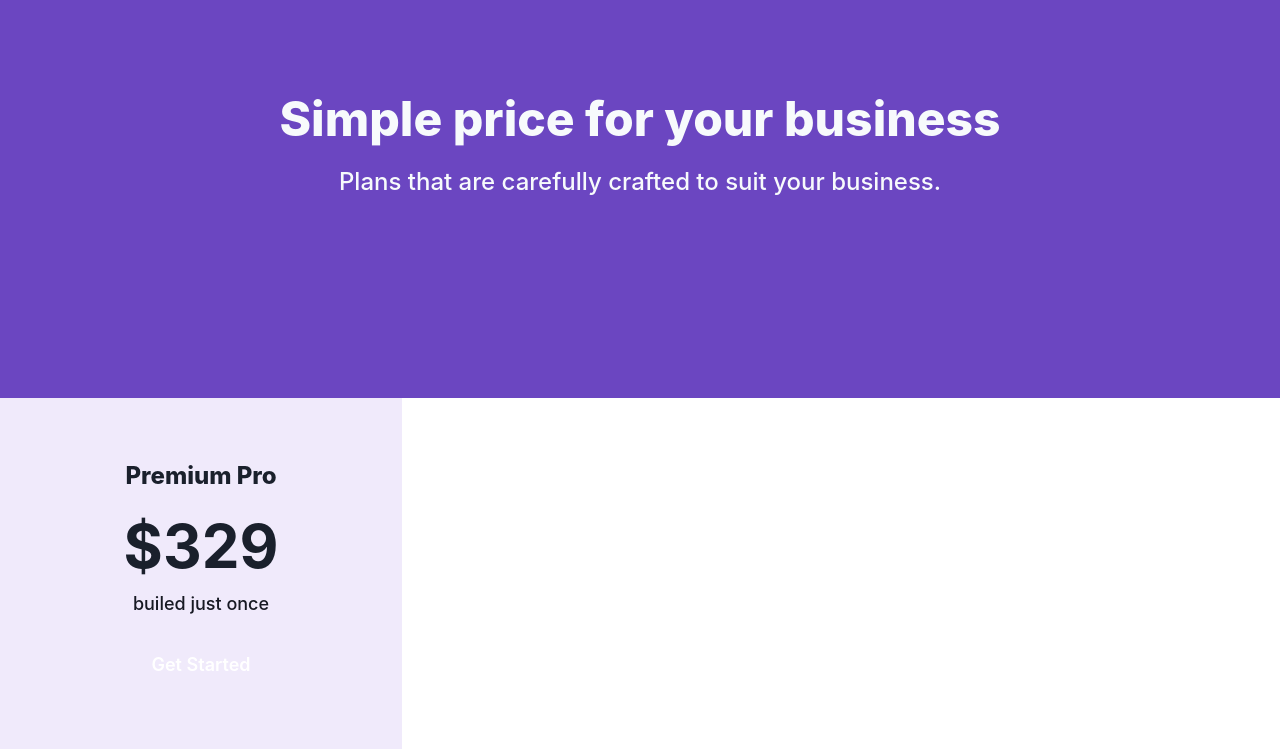
Repository: noutijo/learn-in-depth-chakra-ui
Page: /
The author's editor kept a copy of each file at every save. The page is drawn from the files as they stood at one save, then again after the next save.
The browser window is 1280 px wide. The pictures show the whole page.
The project was rebuilt for these pictures with package versions that can differ from the ones it lists, and the page was loaded fresh each time. Also part of the build but not shown: vite.config.ts.

Above is the page before, as saved 2023-01-30 15:45:24.

After the next save:
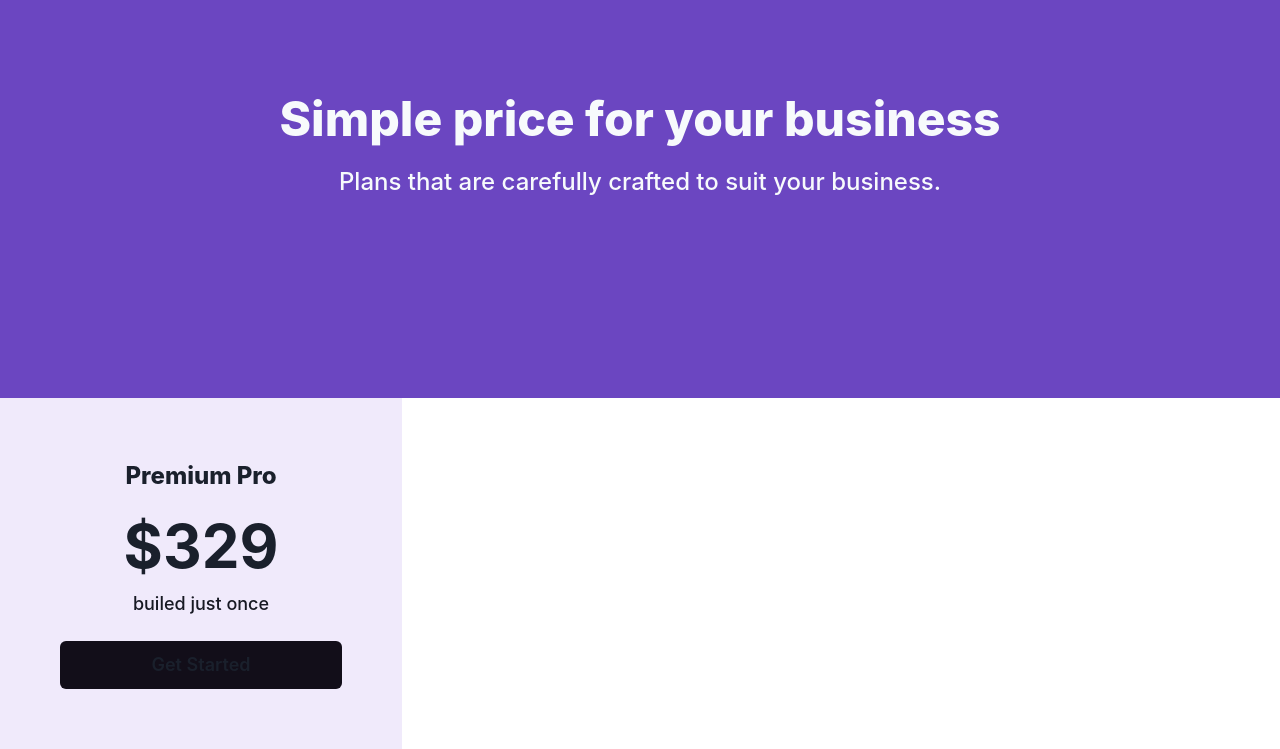
Saved 6 s later.
--- a/src/components/Pricing.tsx
+++ b/src/components/Pricing.tsx
@@ -15,7 +15,7 @@ export function Pricing() {
           <Text fontSize="18px" fontWeight="500" color="#171923" mt="8px">
             builed just once
           </Text>
-          <Button colorScheme="#120E19" size={"lg"} w="282px" mt="24px">
+          <Button bg="#120E19" size={"lg"} w="282px" mt="24px">
             Get Started
           </Button>
         </Box>
